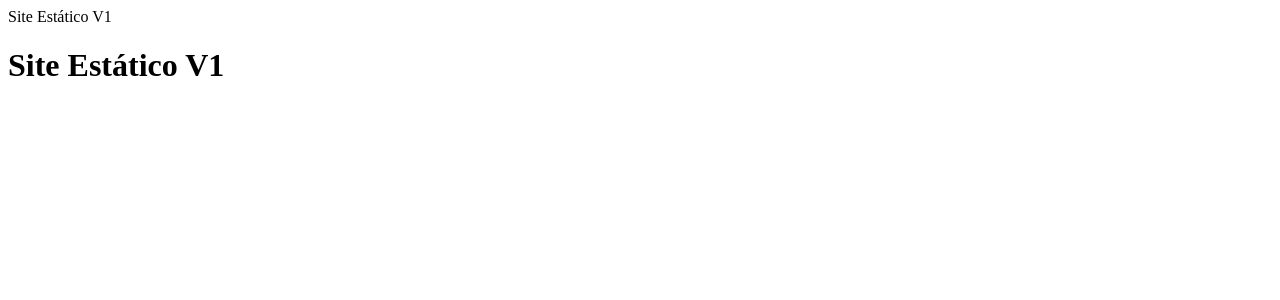
Repository: nirvanabrz/web-docker
Page: index.html
These files come from the project's save history. The page is drawn as it stood at one moment and after the next save; the edit follows.
The browser window is 1280 px wide. The pictures show the whole page.

Above is the page before, as saved 2021-07-24 21:16:05.

After the next save:
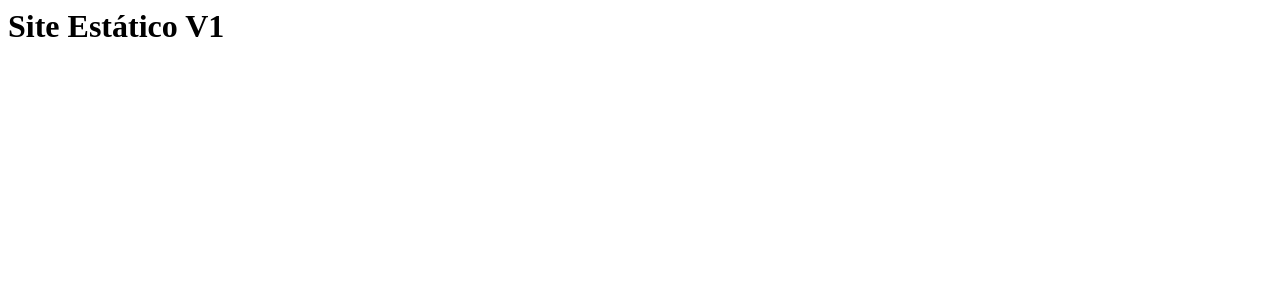
Saved 13 min 57 s later.
--- a/index.html
+++ b/index.html
@@ -1,8 +1,10 @@
 <html>
-    <head>
-        Site Estático V1
-    </head>
-    <body>
-        <h1>Site Estático V1</h1>
-    </body>
+  <head>
+    <meta http-equiv="Content-Type" content="text/html; charset=utf-8" />
+    <meta charset="utf-8" />
+    <title>Site Estático V1</title>
+  </head>
+  <body>
+    <h1>Site Estático V1</h1>
+  </body>
 </html>
